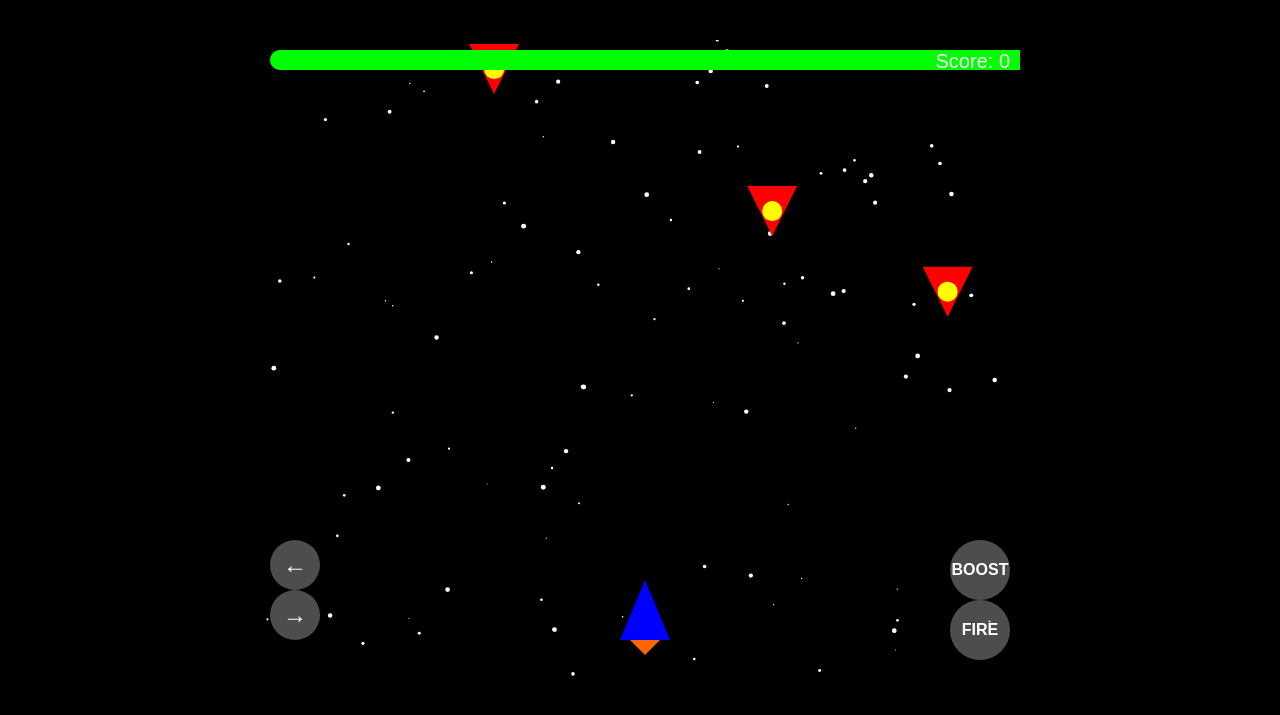
Repository: BiranOrundas/space-shooter
Page: space-shooter.html
The author's editor kept a copy of each file at every save. The page is drawn from the files as they stood at one save, then again after a run of saves.
The browser window is 1280 px wide. The pictures show the whole page.

Above is the page before, as saved 2025-03-13 13:09:16.

After the next 2 saves:
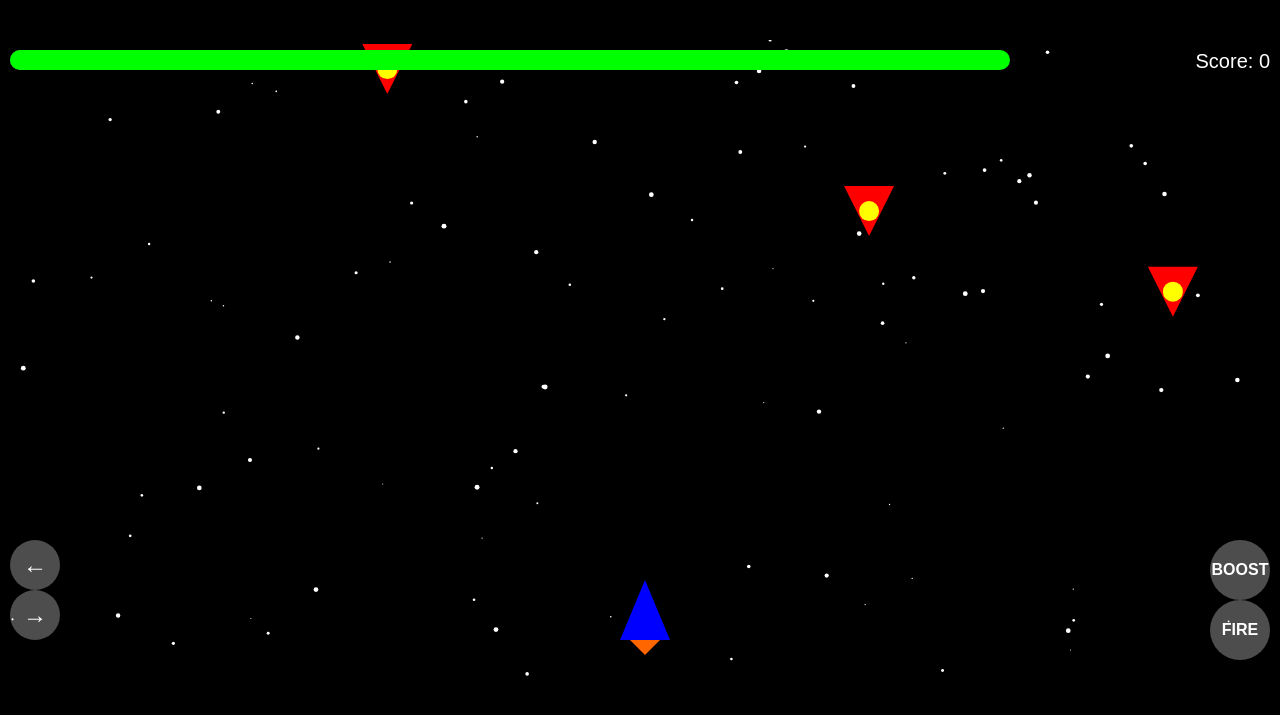
The 2 saves are shown as one change because they came seconds apart.
The last was saved 10 s later.
--- a/space-shooter.html
+++ b/space-shooter.html
@@ -19,7 +19,7 @@
 
     #game-container {
       position: relative;
-      width: 760px;
+      width: 100vw;
       height: 640px;
       background-color: #000;
       overflow: hidden;
